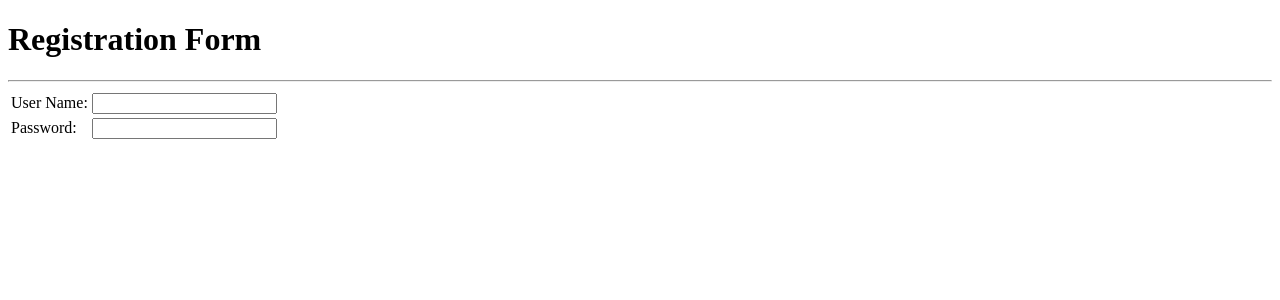
Repository: NazHaq/JavaDevelomentDemo
Page: JavaWebPage/WebApp-01/WebContent/Register.html
These files come from the project's save history. The page is drawn as it stood at one moment and after the next save; the edit follows.
The browser window is 1280 px wide. The pictures show the whole page.

Above is the page before, as saved 2016-12-19 02:51:40.

### JavaWebPage/WebApp-01/WebContent/Register.html
<!DOCTYPE html>
<html>
<head>
<meta charset="ISO-8859-1">
<title>Registration Form</title>
</head>
<body>
<h1> Registration Form</h1>
<hr>
<form name="f1" method="GET" action="Register">
<table>
<tbody>
<tr>
<td>User Name:</td>
<td><input type="text" name="userName"/>
</tr>

<tr>
<td>Password:</td>
<td><input type="password" name="passwd"/>
</tr>




</tbody>


</table>

</form>
</body>
</html>

After the next save:
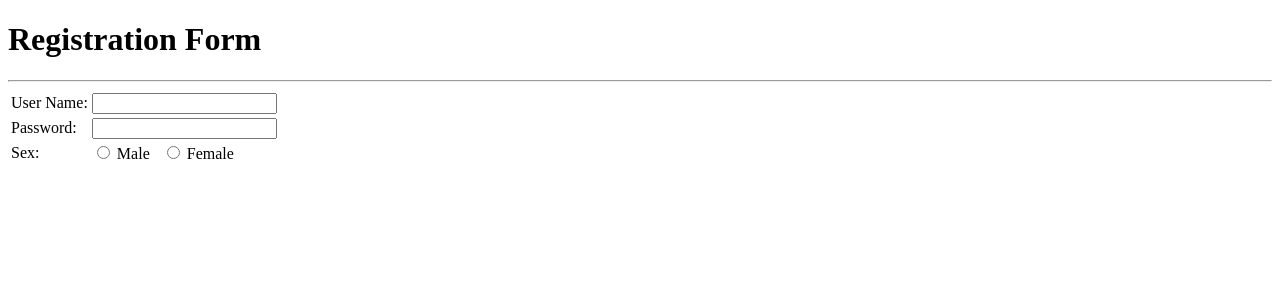
Saved 3 min 19 s later.
--- a/JavaWebPage/WebApp-01/WebContent/Register.html
+++ b/JavaWebPage/WebApp-01/WebContent/Register.html
@@ -20,7 +20,11 @@
 <td><input type="password" name="passwd"/>
 </tr>
 
-
+<tr>
+<td>Sex:</td>
+<td><input type="radio" name="gender" value="Male"/> Male &nbsp;
+<input type="radio" name="gender" value="Female"/> Female </td>
+</tr>
 
 
 </tbody>
